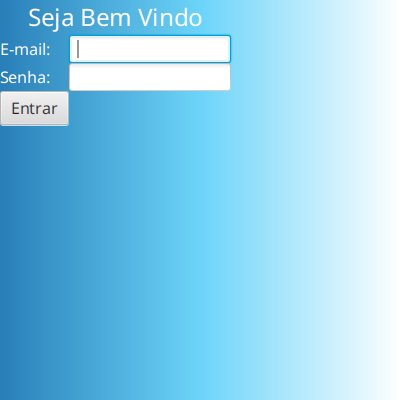
Repository: AlanVidalll/Curso-Java-Completo
Program's window: java exercicios-javafx/src/fxmll/AppFXML.java
The author's editor kept a copy of each file at every save. The program's window is drawn from the files as they stood at one save, then again after the next save.
It runs on Java 21 on a 1366 x 768 screen with JavaFX 11; the title bar is not drawn.

Above is the program's window before, as saved 2020-04-12 13:07:19.

### exercicios-javafx/src/fxmll/AppFXML.java
package fxmll;

import java.net.URL;

import javafx.application.Application;
import javafx.fxml.FXMLLoader;
import javafx.scene.Scene;
import javafx.scene.layout.GridPane;
import javafx.stage.Stage;

public class AppFXML extends Application{

	@Override
	public void start(Stage primaryStage) throws Exception {
		String arquivoCSS = getClass().getResource("/fxmll/Login.css").toExternalForm();
		URL arquivoFXML = getClass().getResource("/fxmll/Login.fxml");
        GridPane rais = FXMLLoader.load(arquivoFXML);

		Scene cena = new Scene(rais,400,400);
		cena.getStylesheets().add(arquivoCSS);

		primaryStage.setResizable(false);
		primaryStage.setTitle("Tela de Login");
		primaryStage.setScene(cena);
		primaryStage.show();
	}

	public static void main(String[] args) {
		launch(args);
	}

}

### exercicios-javafx/src/fxmll/LoginControlador.java
package fxmll;

import javafx.fxml.FXML;
import javafx.scene.control.PasswordField;
import javafx.scene.control.TextField;

public class LoginControlador {


	@FXML
	private TextField campoEmail;
	@FXML
	private PasswordField campoSenha;

	public void entrar() {
		boolean emailValido = campoEmail.getText().equals("alanvidal@gmail.com");
		boolean senhaValida = campoSenha.getText().equals("123456");


		if(emailValido && senhaValida) {

			System.out.println("Sucesso");
		}else {

			System.out.println("Invalido");
		}
}
}

### exercicios-javafx/src/fxmll/Login.fxml
<?xml version="1.0" encoding="UTF-8"?>

<?import javafx.scene.layout.*?>
<?import javafx.scene.control.*?>

<GridPane xmlns:fx="http://javafx.com/fxml/1"
fx:controller="fxmll.LoginControlador"
styleClass="login">

<Label text="Seja Bem Vindo"
styleClass="login-titulo"
		GridPane.columnIndex="0" GridPane.rowIndex="0"
		 GridPane.columnSpan="2" GridPane.halignment= "CENTER">
		 </Label>

	<Label text="E-mail:"
	styleClass="login-form-label"
		GridPane.columnIndex="0" GridPane.rowIndex="1"></Label>
		<TextField fx:id="campoEmail"
		GridPane.columnIndex="1" GridPane.rowIndex="1"></TextField>

	<Label text="Senha:"
	styleClass="login-form-label"
		GridPane.columnIndex="0" GridPane.rowIndex="2"></Label>
	<PasswordField fx:id="campoSenha"
		GridPane.columnIndex="1" GridPane.rowIndex="2"></PasswordField>

	<Button text="Entrar"
	styleClass="login-form-botao"
	GridPane.columnIndex="0" GridPane.rowIndex="3"
	onAction="#entrar">
	</Button>
</GridPane>

### exercicios-javafx/src/fxmll/Login.css
.login{

	-fx-background-color: linear-gradient(to right, rgb(41, 128, 185), rgb(109, 213, 250), rgb(255, 255, 255));
}
.login-titulo{

	-fx-font-size: 24px;
	-fx-text-fill: #FFF;


}
.login-form-label{

	-fx-font-size: 16px;
	-fx-text-fill: #FFF;
}
.login-form-botao{

	-fx-font-size: 16px;

}

After the next save:
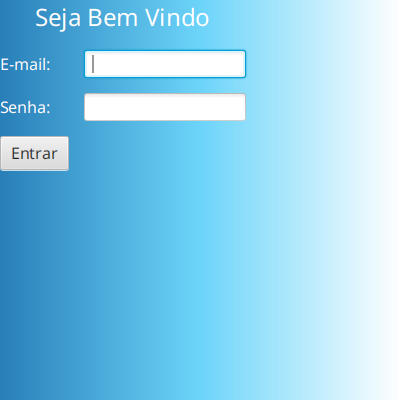
Saved 110 s later.
--- a/exercicios-javafx/src/fxmll/Login.fxml
+++ b/exercicios-javafx/src/fxmll/Login.fxml
@@ -5,7 +5,7 @@
 
 <GridPane xmlns:fx="http://javafx.com/fxml/1"
 fx:controller="fxmll.LoginControlador"
-styleClass="login">
+styleClass="login" hgap="15" vgap="15">
 
 <Label text="Seja Bem Vindo"
 styleClass="login-titulo"
